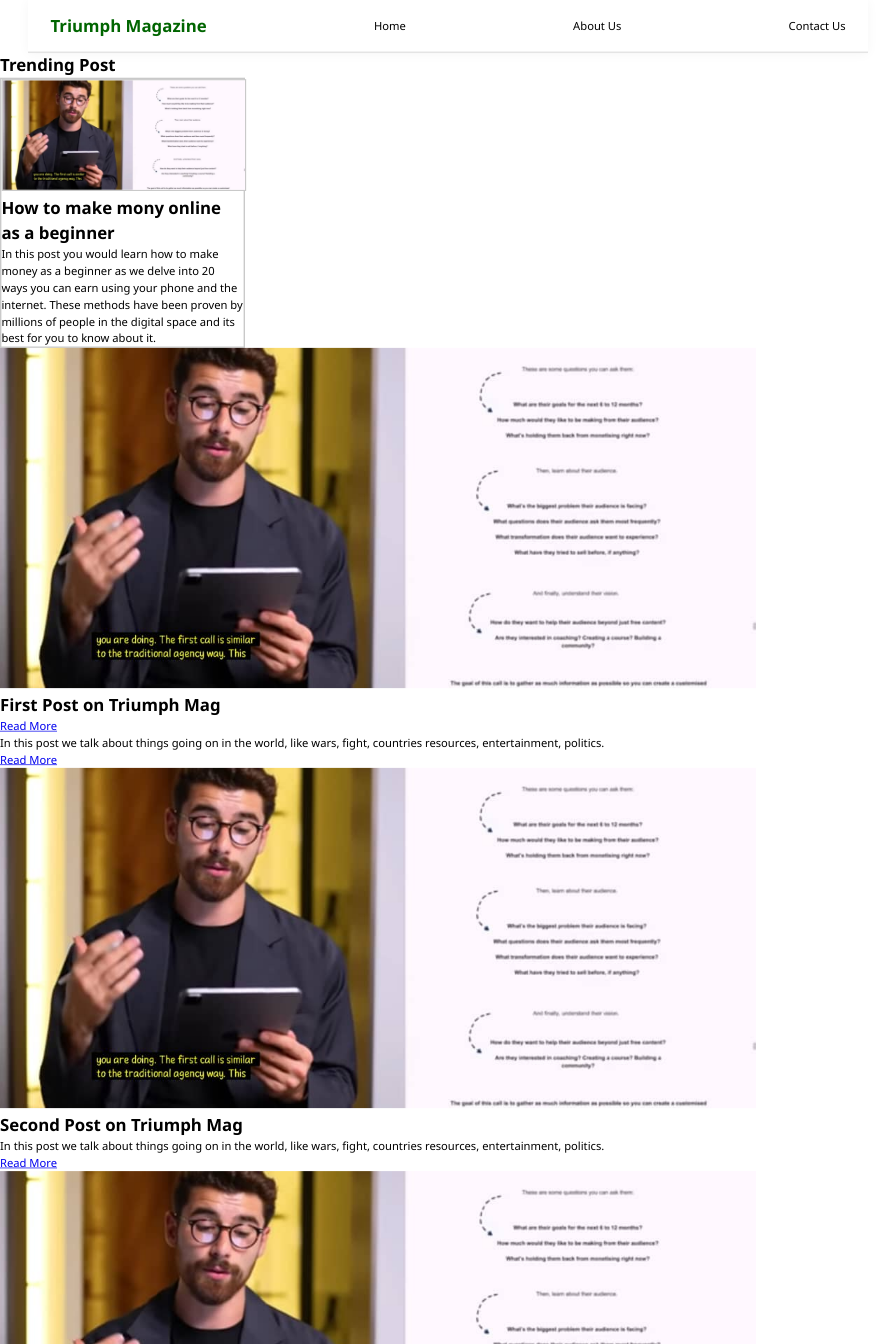
Repository: zikcolle/Triumph-Blog
Page: index.html
The author's editor kept a copy of each file at every save. The page is drawn from the files as they stood at one save, then again after the next save.
The browser window is 1280 px wide. The pictures show the part of the page from y = 0 to 1920 px (the page is 4625 px tall before and 4623 px after), at 70% of full size.

Above is the page before, as saved 2026-06-20 15:30:25.

### index.html
<!DOCTYPE html>
<html lang="en">

<head>
    <meta charset="UTF-8">
    <meta name="viewport" content="width=device-width, initial-scale=1.0">
    <title>Triumph Magazine</title>
    <link rel="stylesheet" href="styles.css">
</head>

<body>
    <header>
        <h2>Triumph Magazine</h2>
            <a href="#">Home</a></li>
            <a href="/about-us">About Us</a>
            <a href="/contact-us">Contact Us</a>
    </header>

    <main>
        <section>
            <div>
                <h2 class="label-post">Trending Post</h2>
            </div>
            <div class="feat-post">
                <img src="simage\postiman.jpeg">
                <h1>How to make mony online as a beginner</h1>
                <p>In this post you would learn how to make money as a beginner as we delve into 20 ways you can earn
                    using your phone and the internet. These methods have been proven by millions of people in the
                    digital space and its best for you to know about it.</p>
            </div>
        </section>

        <section class="post-grid">
            <div class="blog-post">
                <img src="simage\postiman.jpeg">
                <h1>First Post on Triumph Mag</h1><a href="#" class="read-more">Read More</a>
                <p>In this post we talk about things going on in the world, like wars, fight, countries resources,
                    entertainment, politics.</p>
                <a href="#" class="read-more">Read More</a>
            </div>

            <div class="blog-post">
                <img src="simage\postiman.jpeg">
                <h1>Second Post on Triumph Mag</h1>
                <p>In this post we talk about things going on in the world, like wars, fight, countries resources,
                    entertainment, politics.</p>
                <a href="#" class="read-more">Read More</a>
            </div>

            <div class="blog-post">
                <img src="simage\postiman.jpeg">
                <h1>Third Post on Triumph Mag</h1>
                <p>In this post we talk about things going on in the world, like wars, fight, countries resources,
                    entertainment, politics.</p>
                <a href="#" class="read-more">Read More</a>
            </div>

            <div class="blog-post">
                <img src="simage\postiman.jpeg">
                <h1>Fourth Post on Triumph Mag</h1>
                <p>In this post we talk about things going on in the world, like wars, fight, countries resources,
                    entertainment, politics.</p>
                <a href="#" class="read-more">Read More</a>
            </div>

            <div class="blog-post">
                <img src="simage\postiman.jpeg">
                <h1>Fifth Post on Triumph Mag</h1>
                <p>In this post we talk about things going on in the world, like wars, fight, countries resources,
                    entertainment, politics.</p>
                <a href="#" class="read-more">Read More</a>
            </div>

            <div class="blog-post">
                <img src="simage\postiman.jpeg">
                <h1>Sixth Post on Triumph Mag</h1>
                <p>In this post we talk about things going on in the world, like wars, fight, countries resources,
                    entertainment, politics.</p>
                <a href="#" class="read-more">Read More</a>
            </div>

            <div><a href="/blog">View More Posts</a></div>
        </section>

        <section>
            <h2>Related Posts</h2>

            <div class="blog-post">
                <img src="simage\postiman.jpeg">
                <h1><a href="/blog">Sixth Post on Triumph Mag</a></h1>
            </div>
        </section>
    </main>

    <footer>
        <h2>Triumph Magazine</h2>
        <p>© 2026 Triumph Magazine. All rights reserved.</p>
    </footer>

</body>

</html>

### styles.css
* {
    margin: 0;
    padding: 0;
    box-sizing: border-box;
    scroll-behavior: smooth;
}

body {
    background-color: rgb(255, 255, 255);
    color: rgb(0, 0, 0);
    font-family:'Segoe UI', Tahoma, Geneva, Verdana, sans-serif;
    line-height: 1.5;
}

header {
    position: sticky;
    display: flex;
    justify-content: space-between;
    align-items: center;
    margin: 0 auto;
    max-width: 1200px;
    background-color: rgba(255,255,255,0.92);
    border-bottom: 1px solid rgba(0, 0, 0, 0.213);
    backdrop-filter: blur(20px) saturate(180%);
    -webkit-backdrop-filter: blur(20px) saturate(180%);
    box-shadow: 0 1px 0 rgba(0,0,0,0.04), 0 2px 16px rgba(0,0,0,0.04);
    padding: 1.2rem 2rem;
    top: 0;
    z-index: 100;
    color: rgb(0, 101, 0);
}

header a {
    text-decoration: none;
    color: rgb(0, 0, 0);
}

header a:hover {
    text-decoration: none;
    color: rgb(0, 101, 0);
    text-decoration: underline;
}

.feat-post {
    background-color: rgb(255, 255, 255);
    border: 2px solid rgba(0, 0, 0, 0.213);
    max-width: 350px;
}

.feat-post img {
    background-color: rgb(255, 255, 255);
    border: 2px solid rgba(0, 0, 0, 0.213);
    max-width: 350px;
}

After the next save:
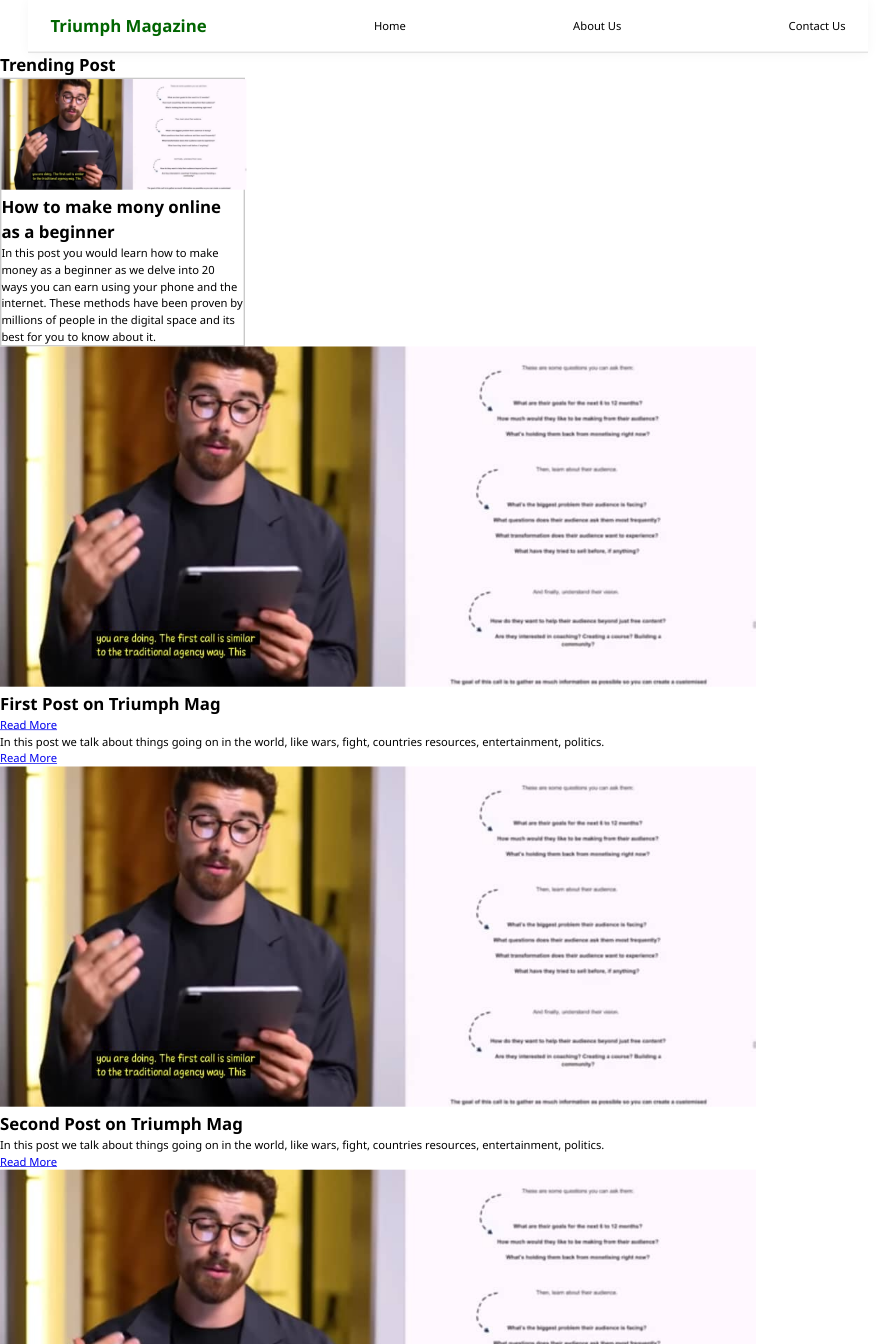
Saved 21 s later.
--- a/styles.css
+++ b/styles.css
@@ -48,7 +48,5 @@ header a:hover {
 }
 
 .feat-post img {
-    background-color: rgb(255, 255, 255);
-    border: 2px solid rgba(0, 0, 0, 0.213);
     max-width: 350px;
 }
